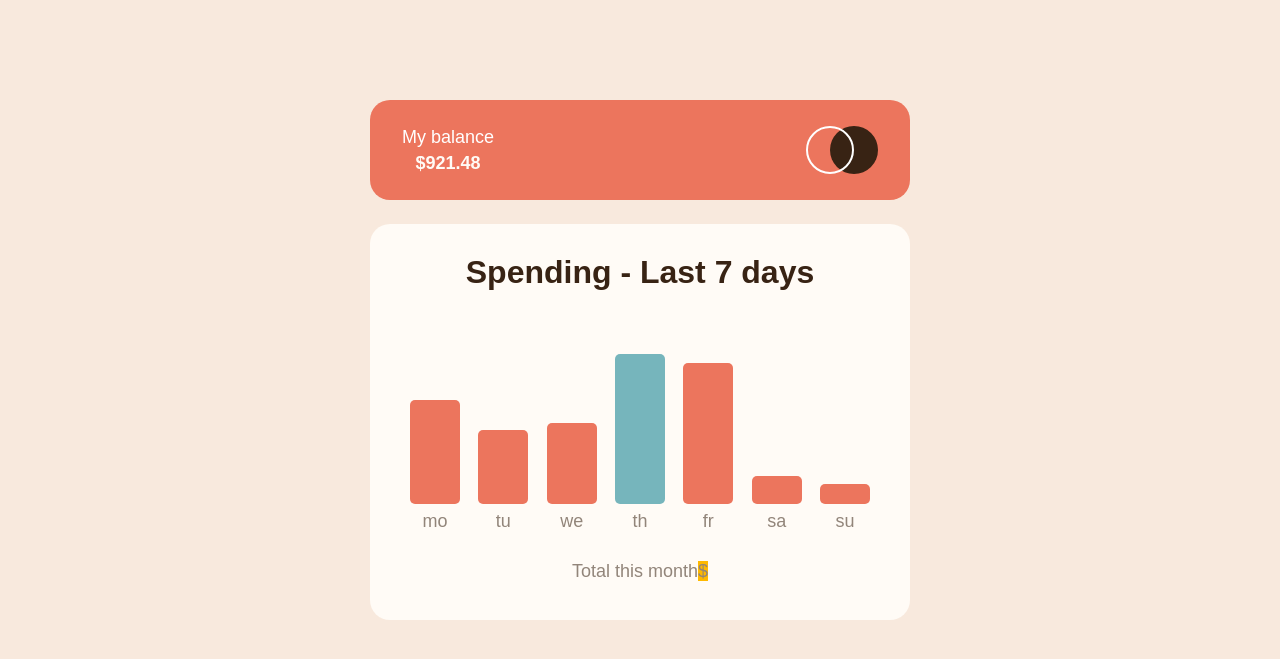
Repository: usmanov16/6-oy-2-dars-
Page: /
The author's editor kept a copy of each file at every save. The page is drawn from the files as they stood at one save, then again after a run of saves.
The browser window is 1280 px wide. The pictures show the whole page.
The project was rebuilt for these pictures with package versions that can differ from the ones it lists, and the page was loaded fresh each time. Also part of the build but not shown: vite.config.js.

Above is the page before, as saved 2025-08-28 18:57:03.

### index.html
<!doctype html>
<html lang="en">
  <head>
    <meta charset="UTF-8" />
    <link rel="icon" type="image/svg+xml" href="/vite.svg" />
    <meta name="viewport" content="width=device-width, initial-scale=1.0" />
    <title>Vite + React</title>
    <link rel="stylesheet" href="./src/index.css">
  </head>
  <body>
    <div id="root"></div>
    <script type="module" src="/src/main.jsx"></script>
  </body>
</html>

### src/index.css
@import "tailwindcss";

@theme {
  --color-red: #ec755d;
  --color-cream: #f8e9dd;
  --color-card-white: #fffbf6;
  --color-white: #ffffff;
  --color-cyan: #76b5bc;
  --color-medium-brown: #92857a;
  --color-dark-brown: #382314;

  /* font */
  --default-font-family: "DM Sans Variable", sans-serif;
}

@layer base {
  body {
    @apply text-lg text-medium-brown font-normal leading-[1] bg-cream flex items-center justify-center min-h-screen;
  }
}

@layer components {
  .chart-item span {
    display: none;
  }

  .chart-item:hover span {
    display: block;
  }
}

### src/main.jsx

import "./index.css";
// Supports weights 100-900
import '@fontsource-variable/dm-sans';
import { createRoot } from "react-dom/client";
import App from "./App";

createRoot(document.getElementById("root")).render(<App />);

### src/App.jsx

import './App.css'
import React from 'react'
import Card from './components/Card'
import CardTop from './components/CardTop'
import CardBottom from './components/CardBottom'

function App() {
  return (
    <div>
      <Card/>

    </div>
  )
}

export default App

### src/components/Card.jsx

import React from 'react'
import CardTop from './CardTop'
import CardBottom from './CardBottom'

function Card() {
  return (
    <div className='w-[540px] flex flex-col  gap-6'>
        <CardTop/>
        <CardBottom/>
    </div>
  )
}

export default Card

### src/components/CardTop.jsx
import React from 'react'

function CardTop() {
  return (
    <div className='flex items-center justify-between px-8 py-6.5 bg-red rounded-[20px]'>
        <div className='flex flex-col gap-2'>
            <span className='text-white'>My balance</span>
            <span className='font-bold text-card-white text[2rem]'>$921.48</span>
        </div>
        <img src="./rounded.svg" alt="" width={72} height={48} />
    </div>
  )
}

export default CardTop

### src/components/CardBottom.jsx
import React from 'react'

const chartData = [
  {
    id: 1,
    weekdays: "mo",
    value: 56
  },
  {
    id: 2,
    weekdays: "tu",
    value: 40
  },
  {
    id: 3,
    weekdays: "we",
    value: 44
  },
  {
    id: 4,
    weekdays: "th",
    value: 81
  },
  {
    id: 5,
    weekdays: "fr",
    value: 76
  },
  {
    id: 6,
    weekdays: "sa",
    value: 15
  },
  {
    id: 7,
    weekdays: "su",
    value: 11
  }

]

function CardBottom() {
  const [maxChart] = [...chartData].sort((a, b) => {
    return b.value - a.value
  })

  function chartHeight(h) {
    let {value} = maxChart;

    return `${((h  * 100) / value).toFixed(1)}% `
    // return "h-[150px]"
  }

  const total = chartData.reduce((acc, cur) => acc + cur.value, 0)


  return (
    <div className='bg-card-white pt-8 p-10 rounded-[1.25rem]'>
      <h1 className='text-dark-brown font-bold text-[2rem] mb-[66px] '>Spending - Last 7 days</h1>
      <ul className=' w-full flex justify-between gap-2 '>
        {chartData.map((ch) => {

         return (
          <li className='w-[3.125rem] text-center flex flex-col gap-2' key={ch.id}>

          <div className='h-[150px] flex items-end relative'>

            <div style={{height: chartHeight(ch.value) }}
             className={`chart-item rounded-[5px] w-full  ${
              ch.value == maxChart.value ? "bg-cyan" : "bg-red"
            } relative ` }>
              <span className='absolute -top-2 left-[50%] -translate-x-[50%] -translate-y-[100%]'>${ch.value}</span>
            </div>
          </div>
          <span className='w-full mb-8'>{ch.weekdays}</span>
        </li>
         )
        })}
      </ul>
      <span className='w-[460px] h-0.5 bg-card-white'></span>
      <div>
      <span className="text-medium-brown font-normal leading-[1] ">Total this month</span>
      <span className="bg-amber-400 w-[460px] h-0.5">${}</span>
      {/* <br /> */}
      </div>
    </div>
  )
}

export default CardBottom

Loaded but not shown: src/App.css (common file)

After the next 2 saves:
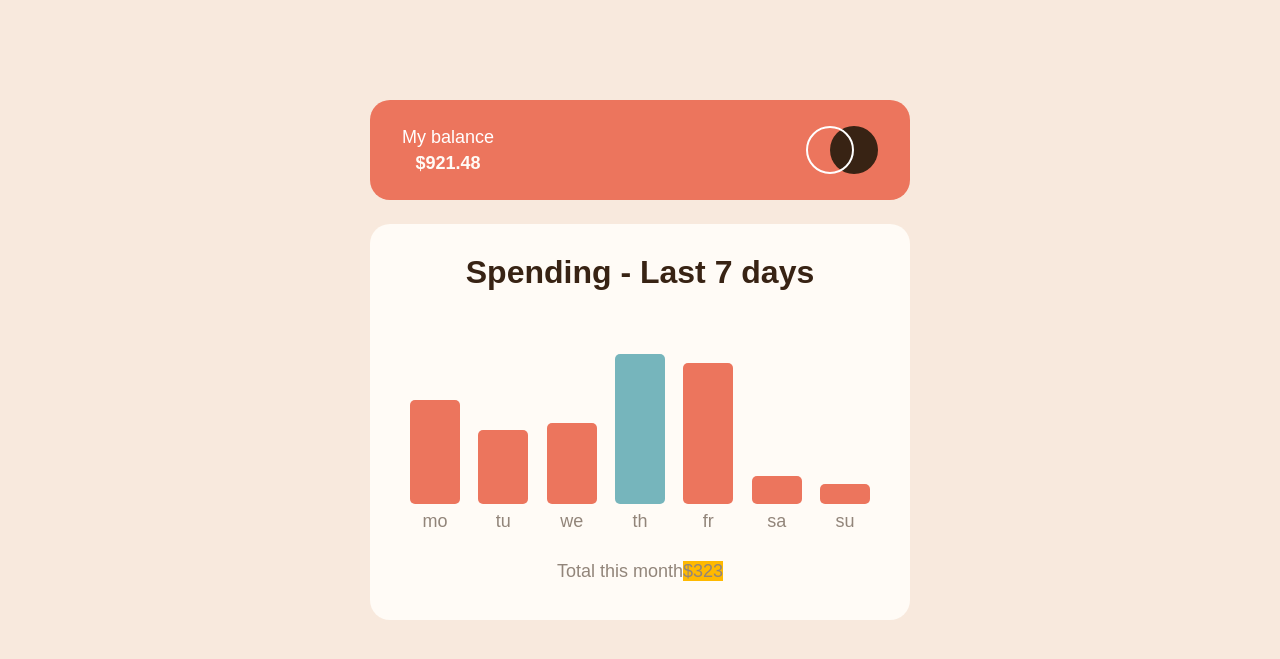
The 2 saves are shown as one change because they came seconds apart.
The last was saved 7 s later.
--- a/src/components/CardBottom.jsx
+++ b/src/components/CardBottom.jsx
@@ -80,7 +80,7 @@ function CardBottom() {
       <span className='w-[460px] h-0.5 bg-card-white'></span>
       <div>
       <span className="text-medium-brown font-normal leading-[1] ">Total this month</span>
-      <span className="bg-amber-400 w-[460px] h-0.5">${}</span>
+      <span className="bg-amber-400 w-[460px] h-0.5">${total}</span>
       {/* <br /> */}
       </div>
     </div>
